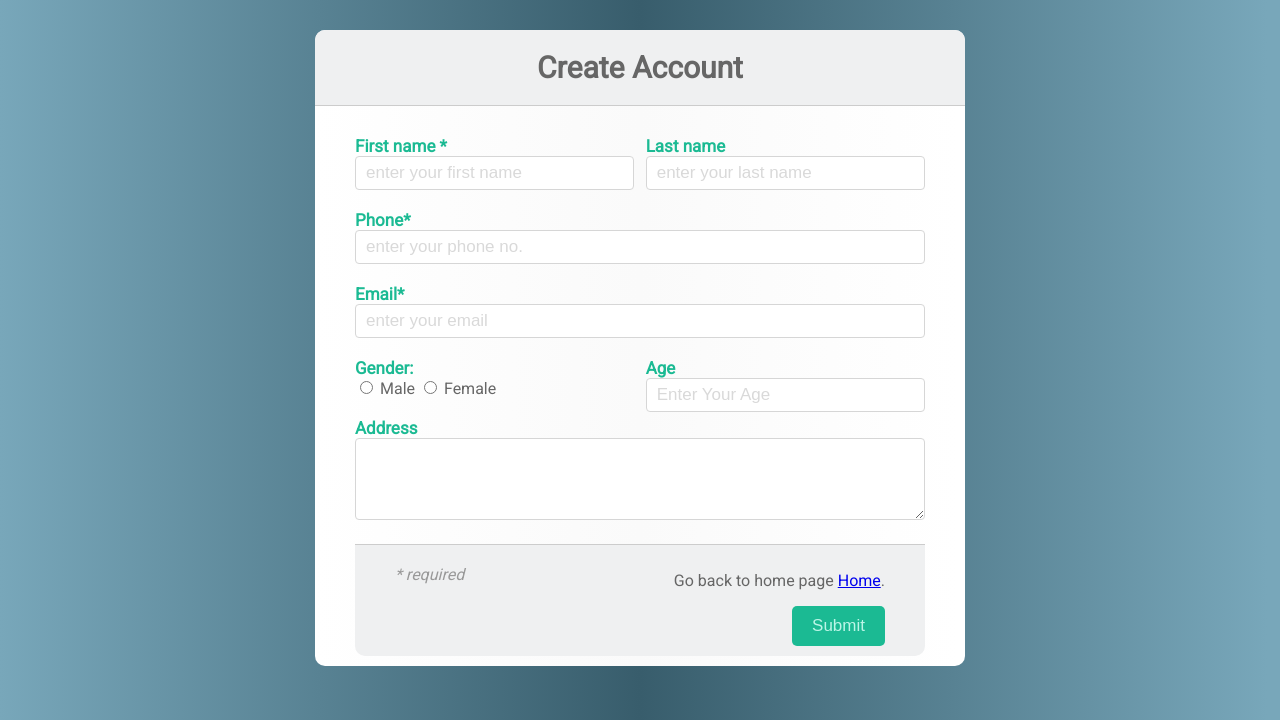
Repository: HT13M19/kuldeep
Page: GGGG/Demo2/src/main/webapp/UserInfo.html
An editor plug-in stored every save of this project. The page is shown before and after the next save, followed by the edit.
The browser window is 1280 px wide. The pictures show the whole page.

Above is the page before, as saved 2023-09-24 09:03:47.

After the next save:
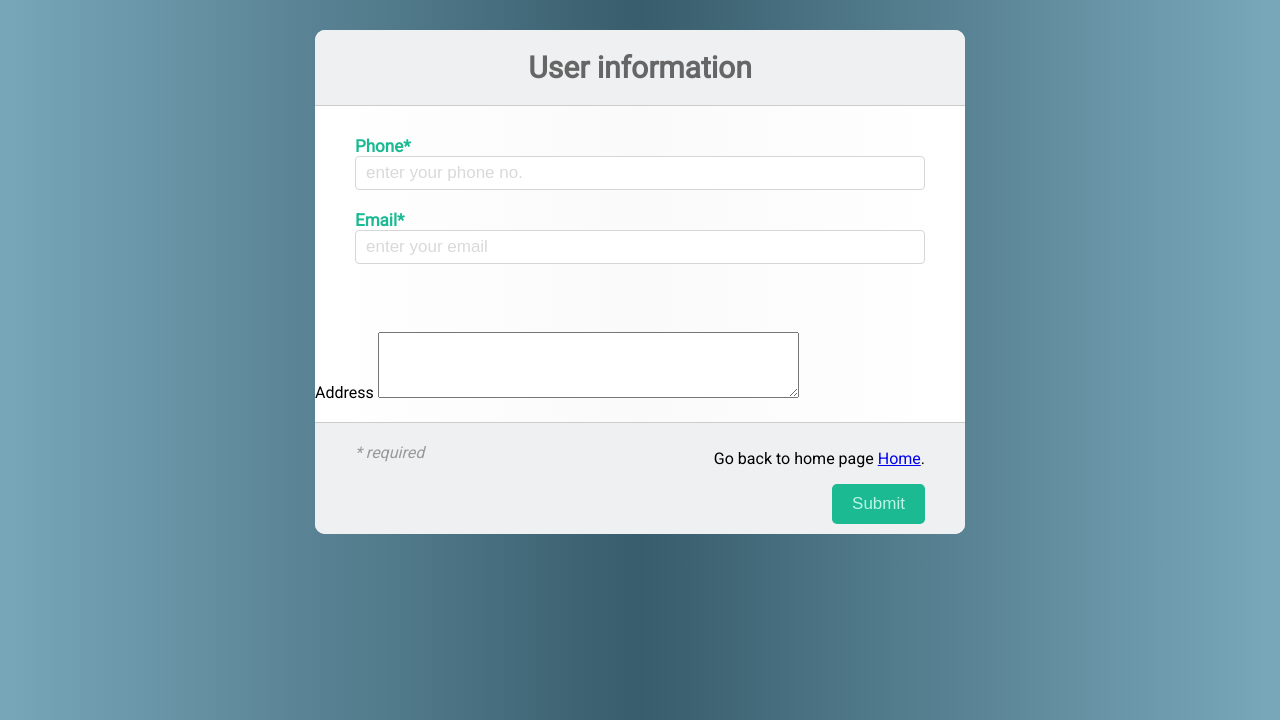
Saved 4 min 38 s later.
--- a/GGGG/Demo2/src/main/webapp/UserInfo.html
+++ b/GGGG/Demo2/src/main/webapp/UserInfo.html
@@ -10,23 +10,11 @@
 
       <!-- form header -->
       <div class="form-header">
-        <h1>Create Account</h1>
+        <h1>User information</h1>
       </div>
 
       <!-- form body -->
       <div class="form-body">
-
-        <!-- Firstname and Lastname -->
-        <div class="horizontal-group">
-          <div class="form-group left">
-            <label for="firstname" class="label-title">First name *</label>
-            <input type="text" name="FIRSTNAME" id="firstname" class="form-input" placeholder="enter your first name" required="required" />
-          </div>
-          <div class="form-group right">
-            <label for="lastname" class="label-title">Last name</label>
-            <input type="text" id="LASTNAME" name="LASTNAME" class="form-input" placeholder="enter your last name" />
-          </div>
-        </div>
         <!-- Phone-->
         <div class="form-group">
           <label for="Phone" class="label-title">Phone*</label>
@@ -39,30 +27,6 @@
           <input type="email" id="email" name="EMAIL" class="form-input" placeholder="enter your email" required="required">
         </div>
 
-        <!-- Passwrod and confirm password -->
-        <div class="horizontal-group">
-
-        <!-- Gender and  account type-->
-        <div class="horizontal-group">
-          <div class="form-group left">
-            <label class="label-title">Gender:</label>
-            <div class="input-group">
-              <label for="male"><input type="radio" name="GENDER" value="male" id="male"> Male</label>
-              <label for="female"><input type="radio" name="GENDER" value="female" id="female"> Female</label>
-            </div>
-          </div>
-        <!-- Source of Income and Income -->
-        <div class="horizontal-group">
-
-
-        </div>
-
-        <!-- Profile picture and Age -->
-        <div class="horizontal-group">
-
-          <div class="form-group right">
-            <label for="experience" class="label-title">Age</label>
-            <input type="number" min="18" name="AGE" max="80" placeholder="Enter Your Age" class="form-input">
           </div>
         </div>
 <br>
